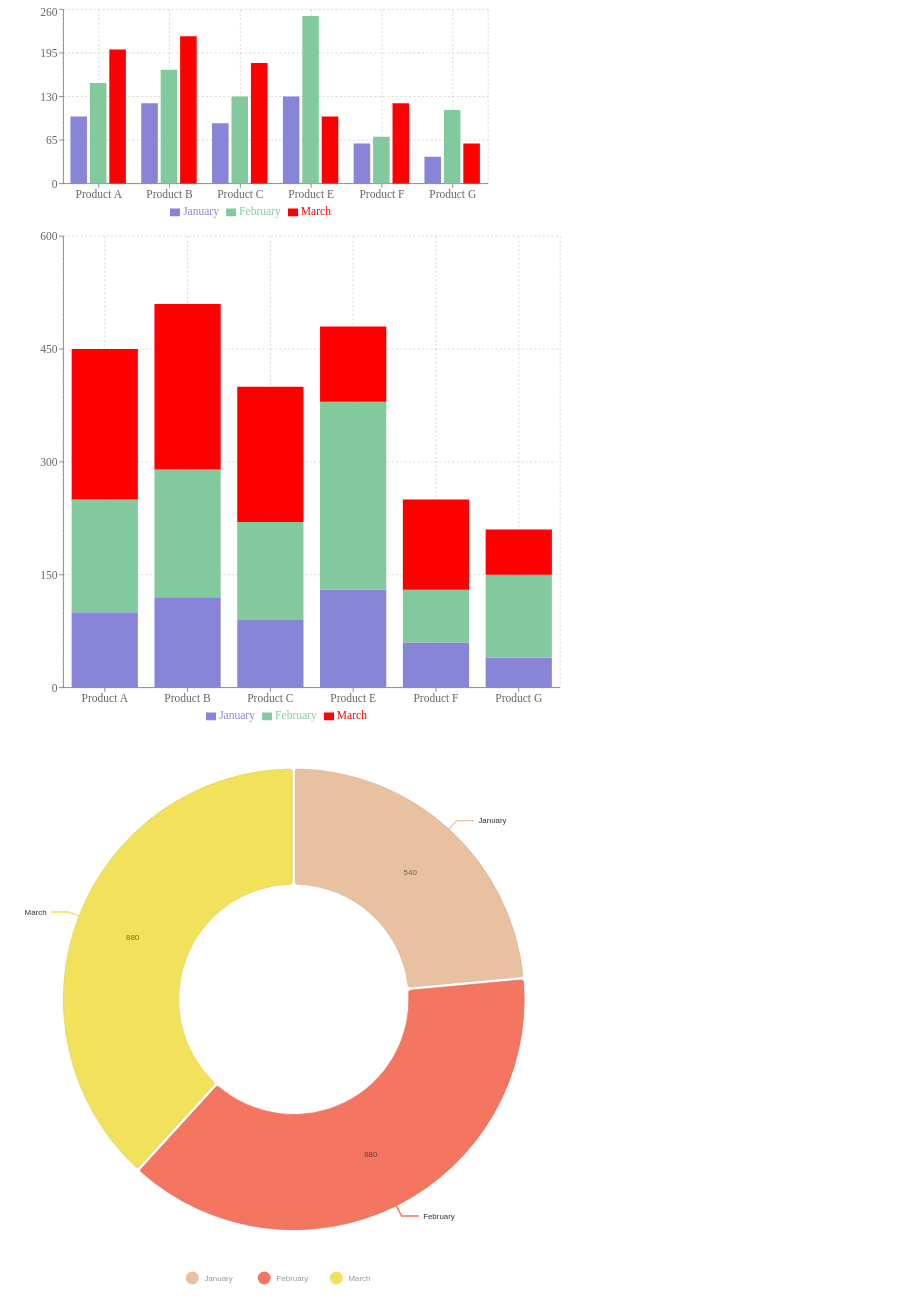
Repository: sagarjain738/test
Page: /
These files come from the project's save history. The page is drawn as it stood at one moment and after the next save; the edit follows.
The browser window is 1280 px wide. The pictures show the whole page, at 72% of full size.
The project was rebuilt for these pictures with package versions that can differ from the ones it lists, and the page was loaded fresh each time. Also part of the build but not shown: vite.config.js, src/App.css, src/index.css.

Above is the page before, as saved 2024-01-20 22:54:13.

### src/App.jsx
import "./App.css";
import FirstChart from "./components/FirstChart";
import totalData, { getTotalData, getTotal } from "../Data";
import SecondChart from "./components/SecondData";
import TotalPieChart from "./components/PieChart";

function App() {
  const firstRecord = getTotalData(totalData);
  const total = getTotal(totalData);

  return (
    <>
      <FirstChart records={firstRecord} />
      <SecondChart records={firstRecord} />
      <TotalPieChart records={total} />
    </>
  );
}

export default App;

### src/components/FirstChart.jsx
import {
  Bar,
  BarChart,
  CartesianGrid,
  Legend,
  Rectangle,
  Tooltip,
  XAxis,
  YAxis,
} from "recharts";

const FirstChart = ({ records }) => {
  return (
    <BarChart
      width={700}
      height={300}
      data={records}
      margin={{
        top: 5,
        right: 30,
        left: 20,
        bottom: 5,
      }}
    >
      <CartesianGrid strokeDasharray="3 3" />
      <XAxis dataKey="name" />
      <YAxis />
      <Tooltip />
      <Legend />
      <Bar
        dataKey="January"
        fill="#8884d8"
        activeBar={<Rectangle fill="pink" stroke="blue" />}
      />
      <Bar
        dataKey="February"
        fill="#82ca9d"
        activeBar={<Rectangle fill="gold" stroke="purple" />}
      />
      <Bar
        dataKey="March"
        fill="red"
        activeBar={<Rectangle fill="gold" stroke="purple" />}
      />
    </BarChart>
  );
};

export default FirstChart;

### Data.js
let data = {
  salesData: [
    {
      product: "Product A",
      sales: [
        { month: "January", amount: 100 },
        { month: "February", amount: 150 },
        { month: "March", amount: 200 },
      ],
    },
    {
      product: "Product B",
      sales: [
        { month: "January", amount: 120 },
        { month: "February", amount: 170 },
        { month: "March", amount: 220 },
      ],
    },
    {
      product: "Product C",
      sales: [
        { month: "January", amount: 90 },
        { month: "February", amount: 130 },
        { month: "March", amount: 180 },
      ],
    },
    {
      product: "Product E",
      sales: [
        { month: "January", amount: 130 },
        { month: "February", amount: 250 },
        { month: "March", amount: 100 },
      ],
    },
    {
      product: "Product F",
      sales: [
        { month: "January", amount: 60 },
        { month: "February", amount: 70 },
        { month: "March", amount: 120 },
      ],
    },
    {
      product: "Product G",
      sales: [
        { month: "January", amount: 40 },
        { month: "February", amount: 110 },
        { month: "March", amount: 60 },
      ],
    },
  ],
};

export function getTotalData(records) {
  const result = records.salesData.map((item) => {
    return {
      name: item.product,
      data: item.sales.reduce(
        (acc, itm) => ({ ...acc, [`${itm.month}`]: itm.amount }),
        {}
      ),
    };
  });

  const finalData = result.map((item) => {
    return { name: item.name, ...item.data };
  });

  return finalData;
}

export function getTotals(records) {
  const result = records.salesData.map((item) => {
    return {
      id: item.product,
      label: item.product,
      value: item.sales.reduce((acc, itm) => acc + itm.amount, 0),
      color: "hsl(271, 70%, 50%)",
    };
  });
  return result;
}

export function getTotal(data) {
  let sumOfMonths = {};
  data.salesData.forEach((product) => {
    product.sales.forEach((sale) => {
      sumOfMonths[sale.month] = (sumOfMonths[sale.month] || 0) + sale.amount;
    });
  });

  const output = [];

  for (const key in sumOfMonths) {
    output.push({
      id: key,
      label: key,
      value: sumOfMonths[key],
      color: "hsl(37, 70%, 50%)",
    });
  }

  return output;
}

export default data;

### src/components/SecondData.jsx
import {
  BarChart,
  Bar,
  Cell,
  XAxis,
  YAxis,
  CartesianGrid,
  Tooltip,
  Legend,
  ResponsiveContainer,
} from "recharts";

const SecondChart = ({ records }) => {
  return (
    <BarChart
      width={800}
      height={700}
      data={records}
      margin={{
        top: 20,
        right: 30,
        left: 20,
        bottom: 5,
      }}
    >
      <CartesianGrid strokeDasharray="3 3" />
      <XAxis dataKey="name" />
      <YAxis />
      <Tooltip />
      <Legend />
      <Bar dataKey="January" stackId="a" fill="#8884d8" />
      <Bar dataKey="February" stackId="a" fill="#82ca9d" />
      <Bar dataKey="March" stackId="a" fill="red" />
    </BarChart>
  );
};

export default SecondChart;

### src/components/PieChart.jsx
import { ResponsivePie } from "@nivo/pie";

const TotalPieChart = ({ records }) => (
  <div
    style={{
      height: "50rem",
      width: "50rem",
    }}
  >
    <ResponsivePie
      data={records}
      margin={{ top: 40, right: 80, bottom: 80, left: 80 }}
      innerRadius={0.5}
      padAngle={0.7}
      cornerRadius={3}
      activeOuterRadiusOffset={8}
      borderWidth={1}
      borderColor={{
        from: "color",
        modifiers: [["darker", 0.2]],
      }}
      arcLinkLabelsSkipAngle={10}
      arcLinkLabelsTextColor="#333333"
      arcLinkLabelsThickness={2}
      arcLinkLabelsColor={{ from: "color" }}
      arcLabelsSkipAngle={10}
      arcLabelsTextColor={{
        from: "color",
        modifiers: [["darker", 2]],
      }}
      defs={[
        {
          id: "dots",
          type: "patternDots",
          background: "inherit",
          color: "rgba(255, 255, 255, 0.3)",
          size: 4,
          padding: 1,
          stagger: true,
        },
        {
          id: "lines",
          type: "patternLines",
          background: "inherit",
          color: "rgba(255, 255, 255, 0.3)",
          rotation: -45,
          lineWidth: 6,
          spacing: 10,
        },
      ]}
      legends={[
        {
          anchor: "bottom",
          direction: "row",
          justify: false,
          translateX: 0,
          translateY: 56,
          itemsSpacing: 0,
          itemWidth: 100,
          itemHeight: 18,
          itemTextColor: "#999",
          itemDirection: "left-to-right",
          itemOpacity: 1,
          symbolSize: 18,
          symbolShape: "circle",
          effects: [
            {
              on: "hover",
              style: {
                itemTextColor: "#000",
              },
            },
          ],
        },
      ]}
    />
  </div>
);

export default TotalPieChart;

### src/components/Table.jsx
import Table from "@mui/material/Table";
import TableBody from "@mui/material/TableBody";
import TableCell from "@mui/material/TableCell";
import TableContainer from "@mui/material/TableContainer";
import TableHead from "@mui/material/TableHead";
import TableRow from "@mui/material/TableRow";
import Paper from "@mui/material/Paper";

function createData(name, calories, fat, carbs, protein) {
  return { name, calories, fat, carbs, protein };
}

const rows = [
  createData("Frozen yoghurt", 159, 6.0, 24, 4.0),
  createData("Ice cream sandwich", 237, 9.0, 37, 4.3),
  createData("Eclair", 262, 16.0, 24, 6.0),
  createData("Cupcake", 305, 3.7, 67, 4.3),
  createData("Gingerbread", 356, 16.0, 49, 3.9),
];

export default function BasicTable() {
  return (
    <TableContainer component={Paper}>
      <Table sx={{ minWidth: 650 }} aria-label="simple table">
        <TableHead>
          <TableRow>
            <TableCell>Dessert (100g serving)</TableCell>
          </TableRow>
        </TableHead>
        <TableBody>
          {rows.map((row) => (
            <TableRow
              key={row.name}
              sx={{ "&:last-child td, &:last-child th": { border: 0 } }}
            >
              <TableCell component="th" scope="row">
                {row.name}
              </TableCell>
              <TableCell align="right">{row.calories}</TableCell>
            </TableRow>
          ))}
        </TableBody>
      </Table>
    </TableContainer>
  );
}

Loaded but not shown: index.html (common file); src/main.jsx (common file)

After the next save:
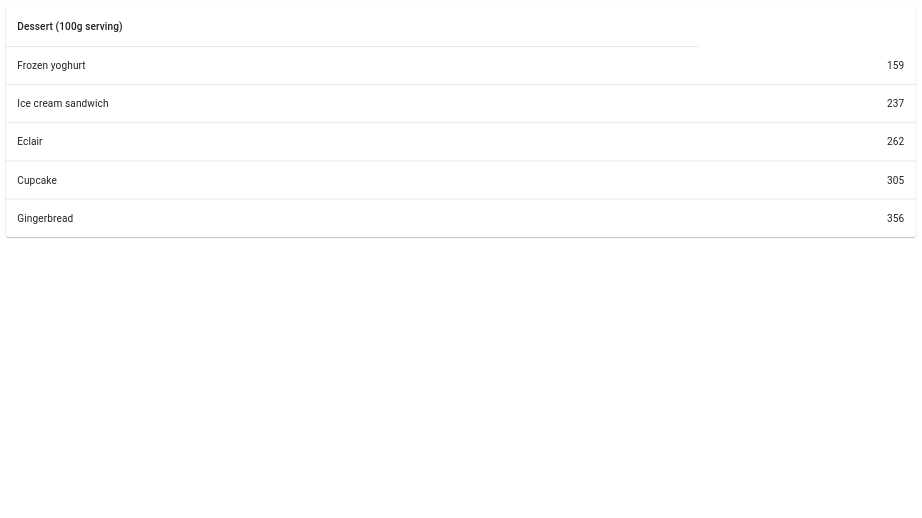
Saved 71 s later.
--- a/src/App.jsx
+++ b/src/App.jsx
@@ -3,6 +3,7 @@ import FirstChart from "./components/FirstChart";
 import totalData, { getTotalData, getTotal } from "../Data";
 import SecondChart from "./components/SecondData";
 import TotalPieChart from "./components/PieChart";
+import BasicTable from "./components/Table";
 
 function App() {
   const firstRecord = getTotalData(totalData);
@@ -10,9 +11,10 @@ function App() {
 
   return (
     <>
-      <FirstChart records={firstRecord} />
+      {/* <FirstChart records={firstRecord} />
       <SecondChart records={firstRecord} />
-      <TotalPieChart records={total} />
+      <TotalPieChart records={total} /> */}
+      <BasicTable />
     </>
   );
 }
